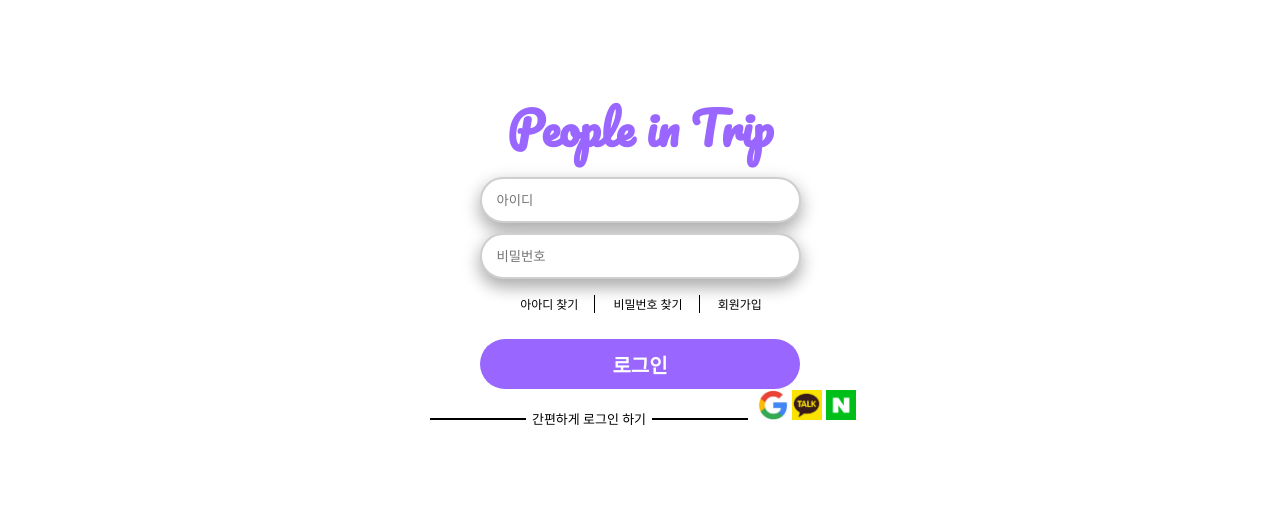
Repository: kimjinmin4535/ezen_loginteam
Page: http://localhost/Ezen_Project/login/login.jsp
These files come from the project's save history. The page is drawn as it stood at one moment and after the next save; the edit follows.
The browser window is 1280 px wide. The pictures show the whole page.
The page is served by Tomcat 9.

Above is the page before, as saved 2022-07-05 08:13:13.

After the next save:
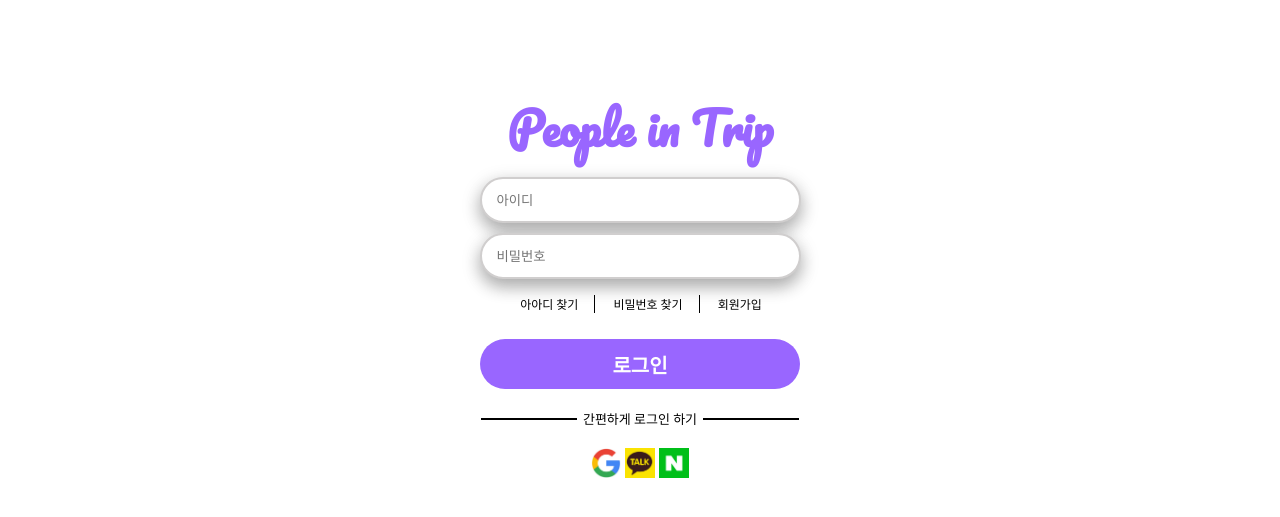
Saved 13 s later.
--- a/Ezen_Project/src/main/webapp/login/login.jsp
+++ b/Ezen_Project/src/main/webapp/login/login.jsp
@@ -24,7 +24,7 @@
 			</div>
 		</form>
 		<div>
-			<p id="login_ez">간편하게 로그인 하기</p>
+			<p id="login_ez">간편하게 로그인 하기</p><br>
 			<a href="#"><img src="../resources/images/google.png" /></a>
 			<a href="#"><img src="../resources/images/kakao.png" /></a>
 			<a href="#"><img src="../resources/images/naver.png" /></a>
